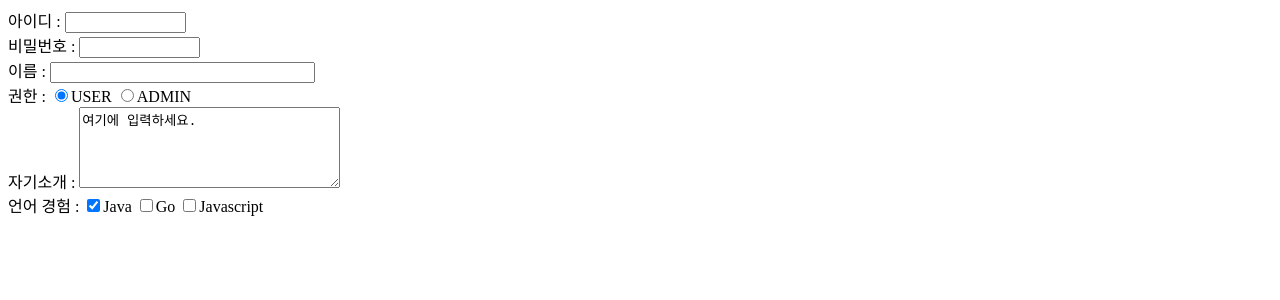
Repository: TPoleon/Servlet-JSP
Page: BoardWeb/src/main/webapp/insertUser.html
An editor plug-in stored every save of this project. The page is shown before and after the next save, followed by the edit.
The browser window is 1280 px wide. The pictures show the whole page.

Above is the page before, as saved 2023-11-16 08:56:50.

After the next save:
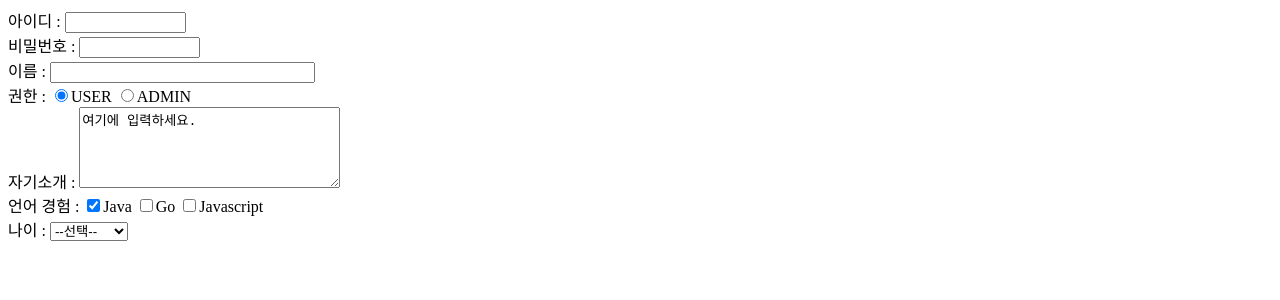
Saved 115 s later.
--- a/BoardWeb/src/main/webapp/insertUser.html
+++ b/BoardWeb/src/main/webapp/insertUser.html
@@ -22,5 +22,16 @@
 	<input type="checkbox">Go
 	<input type="checkbox">Javascript
 	<br>
+
+	나이 :
+	<select>
+	<option>--선택--
+	<option>10대
+	<option>20대
+	<option>30대
+	<option>40대
+	<option>50대
+	<option>60대 이상
+	</select><br>
 </body>
 </html>
